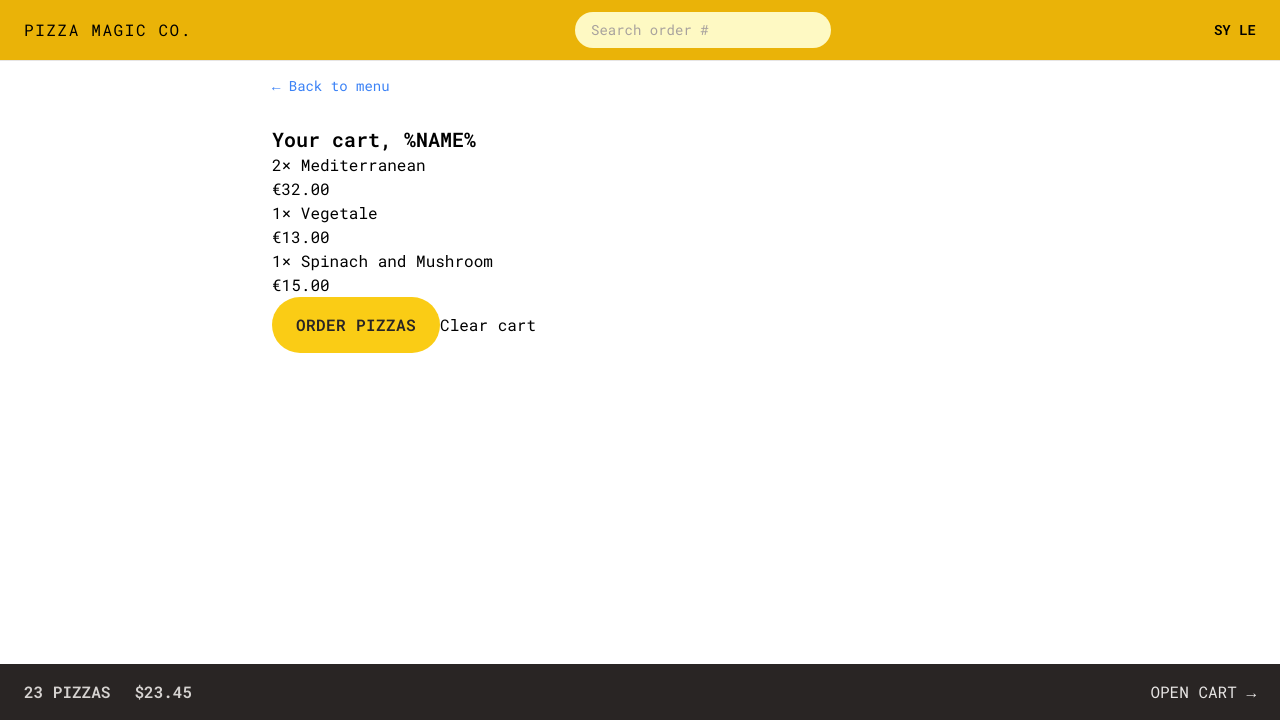
Repository: SyLe-Van/The-Pizza-Magic-web
Page: /cart
These files come from the project's save history. The page is drawn as it stood at one moment and after the next save; the edit follows.
The browser window is 1280 px wide. The pictures show the whole page.
The project was rebuilt for these pictures with package versions that can differ from the ones it lists, and the page was loaded fresh each time. Also part of the build but not shown: vite.config.js, src/features/user/CreateUser.jsx, src/ui/Home.jsx, src/ui/Loader.jsx, src/services/apiRestaurant.js, src/features/menu/Menu.jsx, src/ui/Error.jsx, src/features/order/CreateOrder.jsx and 1 more. Imported but missing from the stored project, and not drawn on this page: src/features/menu/MenuItem.

Above is the page before, as saved 2024-07-28 18:18:12.

After the next save:
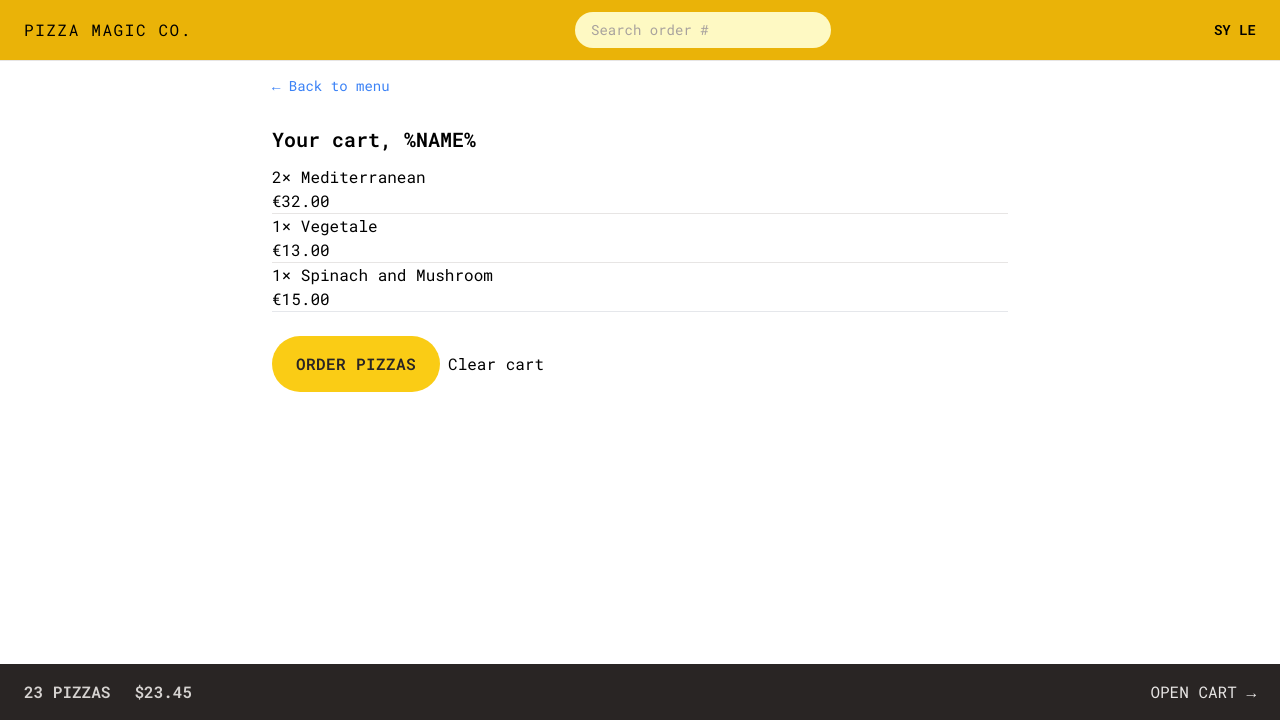
Saved 101 s later.
--- a/src/features/cart/Cart.jsx
+++ b/src/features/cart/Cart.jsx
@@ -33,10 +33,10 @@ function Cart() {
     <div className='py-3 px-4 '>
       <LinkButton to="/menu">&larr; Back to menu</LinkButton>
       <h2 className='mt-7 text-xl font-semibold'>Your cart, %NAME%</h2>
-      <ul>
+      <ul className='divide-y divide-stone-200 border-b mt-3'>
         {cart.map(item => <CartItem item={item} key={item.key} />)}
       </ul>
-      <div>
+      <div className='mt-6 space-x-2'>
         <Button type="primary" to="/order/new">Order pizzas</Button>
 
         <button>Clear cart</button>
